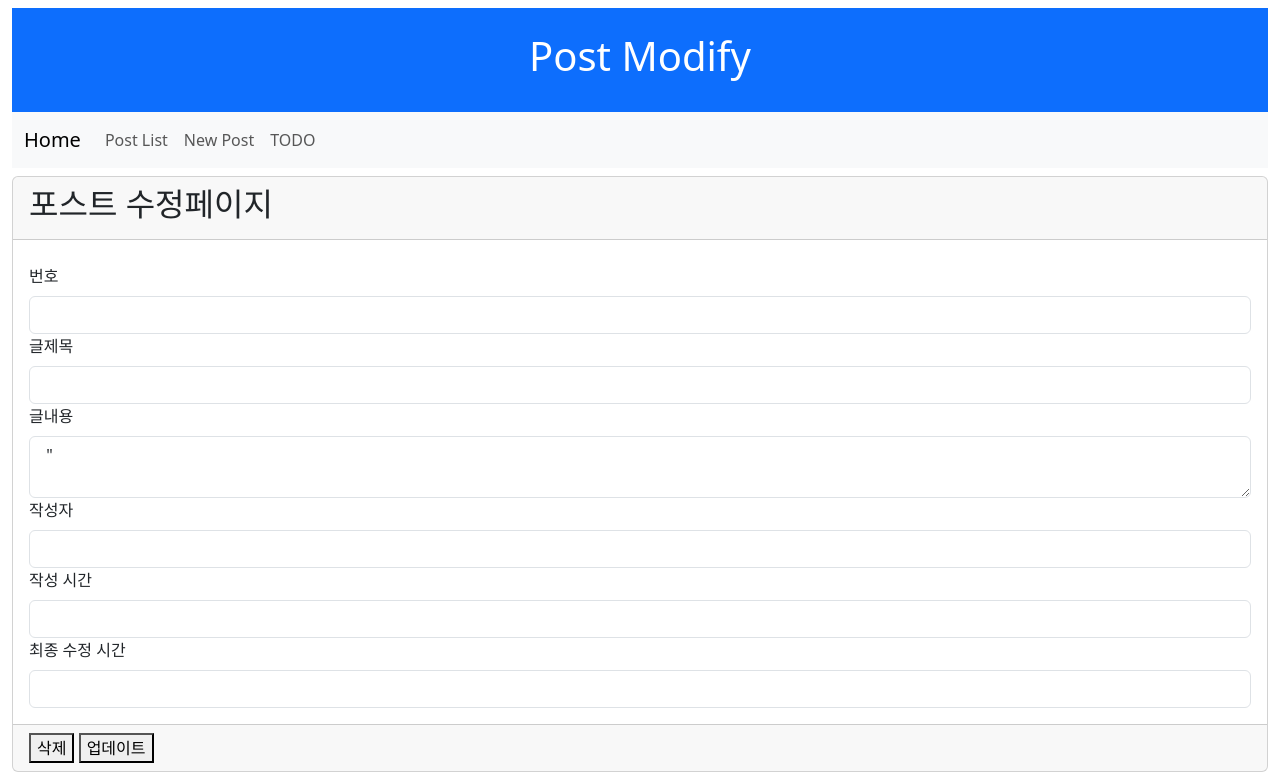
Repository: ldj0905/javaproject
Page: http://localhost/lab05_jsp/WEB-INF/views/post/modify.jsp
These files come from the project's save history. The page is drawn as it stood at one moment and after the next save; the edit follows.
The browser window is 1280 px wide. The pictures show the whole page.
The page is served by Tomcat 10. Nobody is signed in. Other server files are loaded and not shown. The template is opened directly, without the code that normally fills it, so the values that code supplies are empty.

Above is the page before, as saved 2024-05-29 08:06:10.

### lab05_jsp/src/main/webapp/WEB-INF/views/post/modify.jsp
<%@ page language="java" contentType="text/html; charset=UTF-8"
    pageEncoding="UTF-8" trimDirectiveWhitespaces="true"%>
<%@ taglib prefix="c" uri="jakarta.tags.core"%>
<!DOCTYPE html>
<html>
<head>
<meta charset="UTF-8">
<meta name="viewport" content="width=device-width, initial-scale=1">
<title>lab05</title>
<link
    href="https://cdn.jsdelivr.net/npm/bootstrap@5.3.3/dist/css/bootstrap.min.css"
    rel="stylesheet"
    integrity="sha384-QWTKZyjpPEjISv5WaRU9OFeRpok6YctnYmDr5pNlyT2bRjXh0JMhjY6hW+ALEwIH"
    crossorigin="anonymous">
</head>
<body>
    <div class="container-fluid">
        <c:set var="pageTitle" value="Post Modify" />
        <%-- scope의 기본값은 page(무슨말이지) --%>
        <%@ include file="../fragments/header.jspf"%>

        <main>
            <div class="mt-2 card">
                <div class="card-header">
                    <h2>포스트 수정페이지</h2>
                </div>
                <div class="card-body">
                    <form>
                        <div class="mt-2">
                            <label for="id" class="form-label">번호</label>
                            <input id="id" class="form-control"
                                type="text" value="${post.id}" readonly  />
                        </div>
                        <div>
                            <label for="title" class="form-label">글제목</label>
                            <input id="title" class="form-control"
                                type="text" value="${post.title}"
                                 />
                        </div>
                        <div >
                            <label for="content" class="form-label" >글내용</label>
                            <textarea id="content" class="form-control"
                                > ${post.content}" </textarea>
                        </div>
                        <div>
                            <label for="author" class="form-label">작성자</label>
                            <input id="author" class="form-control"
                                type="text" value="${post.author}"  readonly
                                 /> <!-- 수정 할수있을라면 사용자이름이랑 일치하는지 확인할라고 일단 냄겨둠 -->
                        </div>
                        <div>
                            <label for="createdTime" class="form-label">작성
                                시간</label> <input id="createdTime"
                                class="form-control" type="text"
                                value="${post.createdTime}" readonly />
                        </div>
                        <div>
                            <label for="modifiedTime" class="form-label">최종
                                수정 시간</label> <input id="modifiedTime"
                                class="form-control" type="text"
                                value="${post.modifiedTime}" readonly />
                        </div>
                    </form>
                </div>
                <div class ="card-footer">
                    <button id = "btnDelete">삭제</button> <!-- 글삭제  -->
                    <button id = "btnUpdate">업데이트</button> <!--  수정한거 저장하기 -->
                </div>
            </div>
        </main>
    </div>


    <script
        src="https://cdn.jsdelivr.net/npm/bootstrap@5.3.3/dist/js/bootstrap.bundle.min.js"
        integrity="sha384-YvpcrYf0tY3lHB60NNkmXc5s9fDVZLESaAA55NDzOxhy9GkcIdslK1eN7N6jIeHz"
        crossorigin="anonymous"></script>
</body>
</html>

### lab05_jsp/src/main/webapp/WEB-INF/views/fragments/header.jspf
<%@ page language="java" contentType="text/html; charset=UTF-8"
    pageEncoding="UTF-8" trimDirectiveWhitespaces="true"%>
<%@ taglib prefix="c" uri="jakarta.tags.core" %>

<header class="mt-2 p-4 bg-primary text-white text-center">
    <h1>${pageTitle}</h1>
</header>

<nav class="navbar navbar-expand-lg bg-body-tertiary">
    <div class="container-fluid">
        <c:url var="homePage" value="/" />
        <a class="navbar-brand" href="${homePage}">Home</a>
        <button class="navbar-toggler" type="button"
            data-bs-toggle="collapse" data-bs-target="#navbarNav"
            aria-controls="navbarNav" aria-expanded="false"
            aria-label="Toggle navigation">
            <span class="navbar-toggler-icon"></span>
        </button>
        <div class="collapse navbar-collapse" id="navbarNav">
            <ul class="navbar-nav">
                <li class="nav-item">
                    <c:url var="postListPage" value="/post/list" />
                    <a class="nav-link" href="${postListPage}">Post List</a>
                </li>
                <li class="nav-item">
                    <c:url var="newPostPage" value="/post/create" />
                    <a class="nav-link" href="${newPostPage}">New Post</a>
                </li>
                <li class="nav-item">
                    <a class="nav-link" href="#">TODO</a>
                </li>
            </ul>
        </div>
    </div>
</nav>

After the next save:
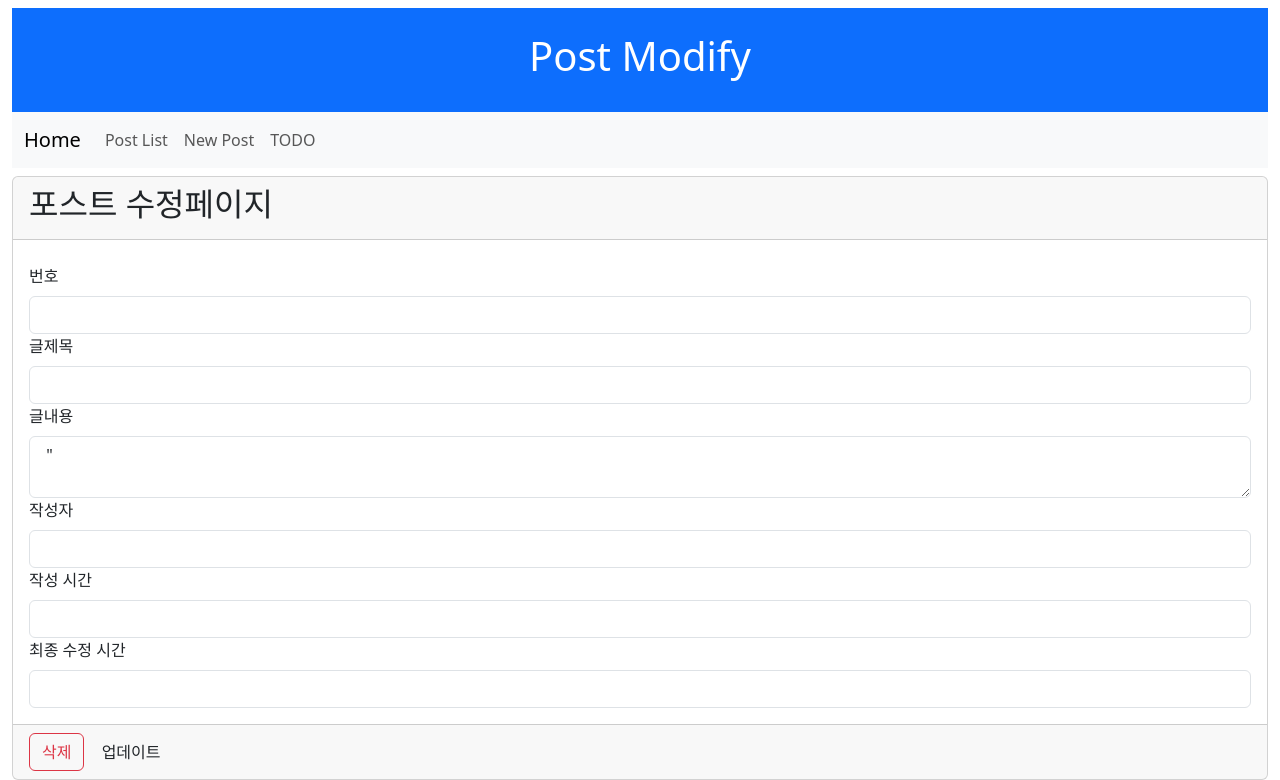
Saved 42 s later.
--- a/lab05_jsp/src/main/webapp/WEB-INF/views/post/modify.jsp
+++ b/lab05_jsp/src/main/webapp/WEB-INF/views/post/modify.jsp
@@ -63,8 +63,8 @@
                     </form>
                 </div>
                 <div class ="card-footer">
-                    <button id = "btnDelete">삭제</button> <!-- 글삭제  -->
-                    <button id = "btnUpdate">업데이트</button> <!--  수정한거 저장하기 -->
+                    <button id = "btnDelete" class = "btn btn-outline-danger">삭제</button> <!-- 글삭제  -->
+                    <button id = "btnUpdate" class = "btn btn-olulin-success">업데이트</button> <!--  수정한거 저장하기 -->
                 </div>
             </div>
         </main>
